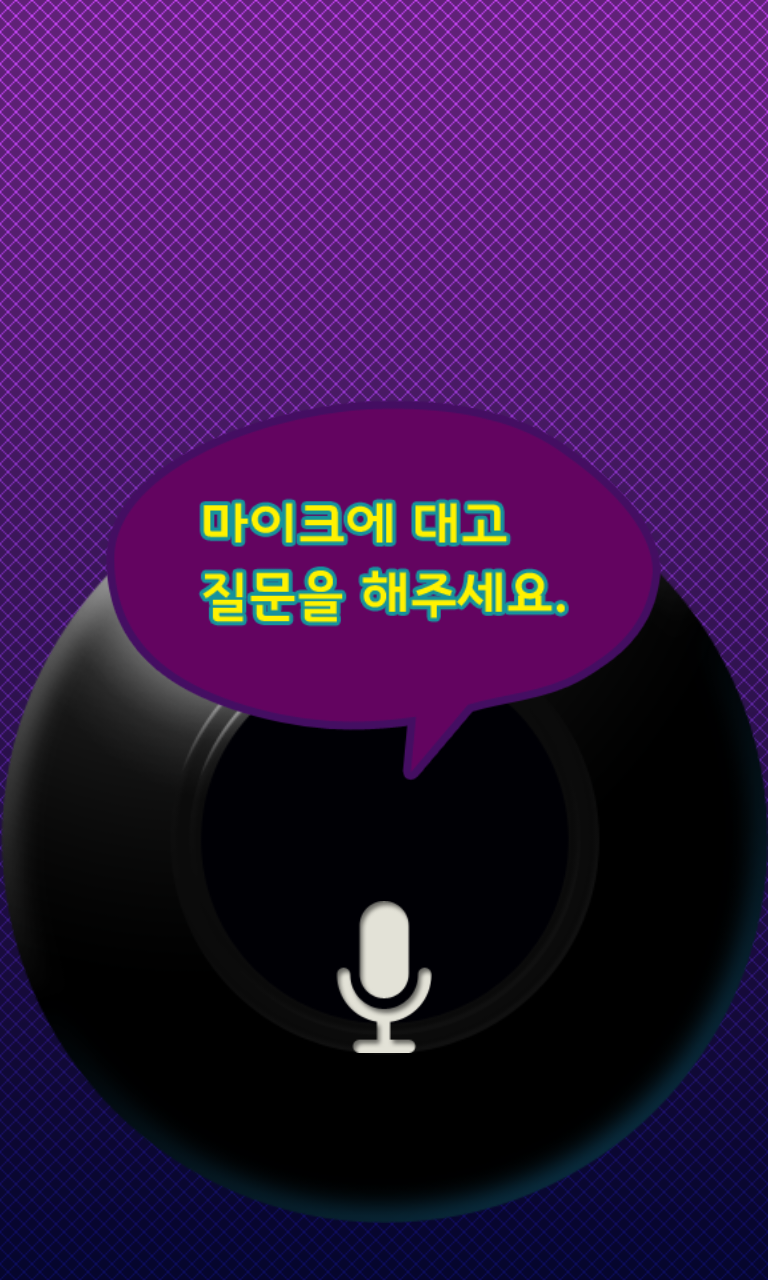
Repository: LimHeeJho/masicBall
Layout: MagicBall/res/layout/activity_main.xml
An editor plug-in stored every save of this project. The layout is shown before and after the next save, followed by the edit.
It is drawn on a 768 x 1280 px phone screen (xhdpi) without system bars, with theme AppTheme; the app's code is not run.

Above is the layout before, as saved 2013-07-17 08:17:54.

After the next save:
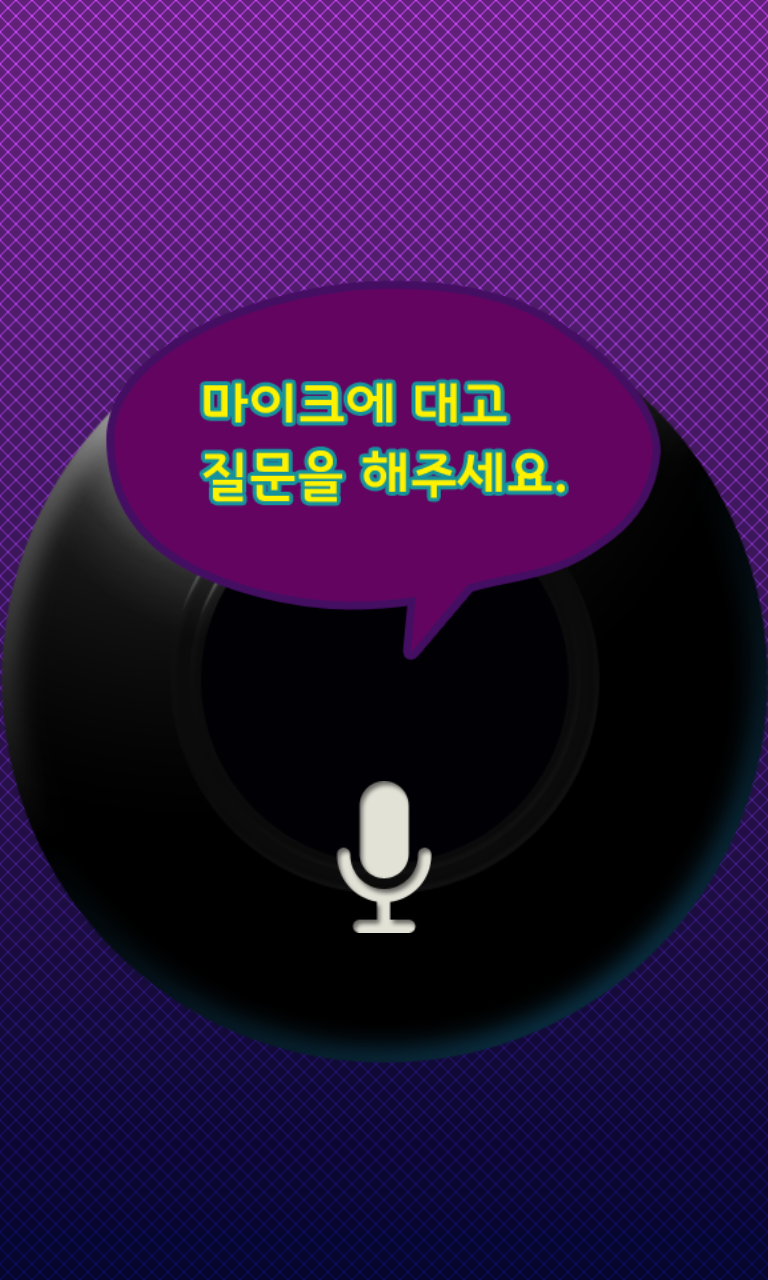
Saved 28 s later.
--- a/MagicBall/res/layout/activity_main.xml
+++ b/MagicBall/res/layout/activity_main.xml
@@ -13,8 +13,8 @@
 
         <RelativeLayout
             android:layout_width="fill_parent"
-            android:layout_height="500dp"
-            android:layout_marginTop="200dp"
+            android:layout_height="400dp"
+            android:layout_marginTop="140dp"
             android:layout_centerHorizontal="true"
              >
 
